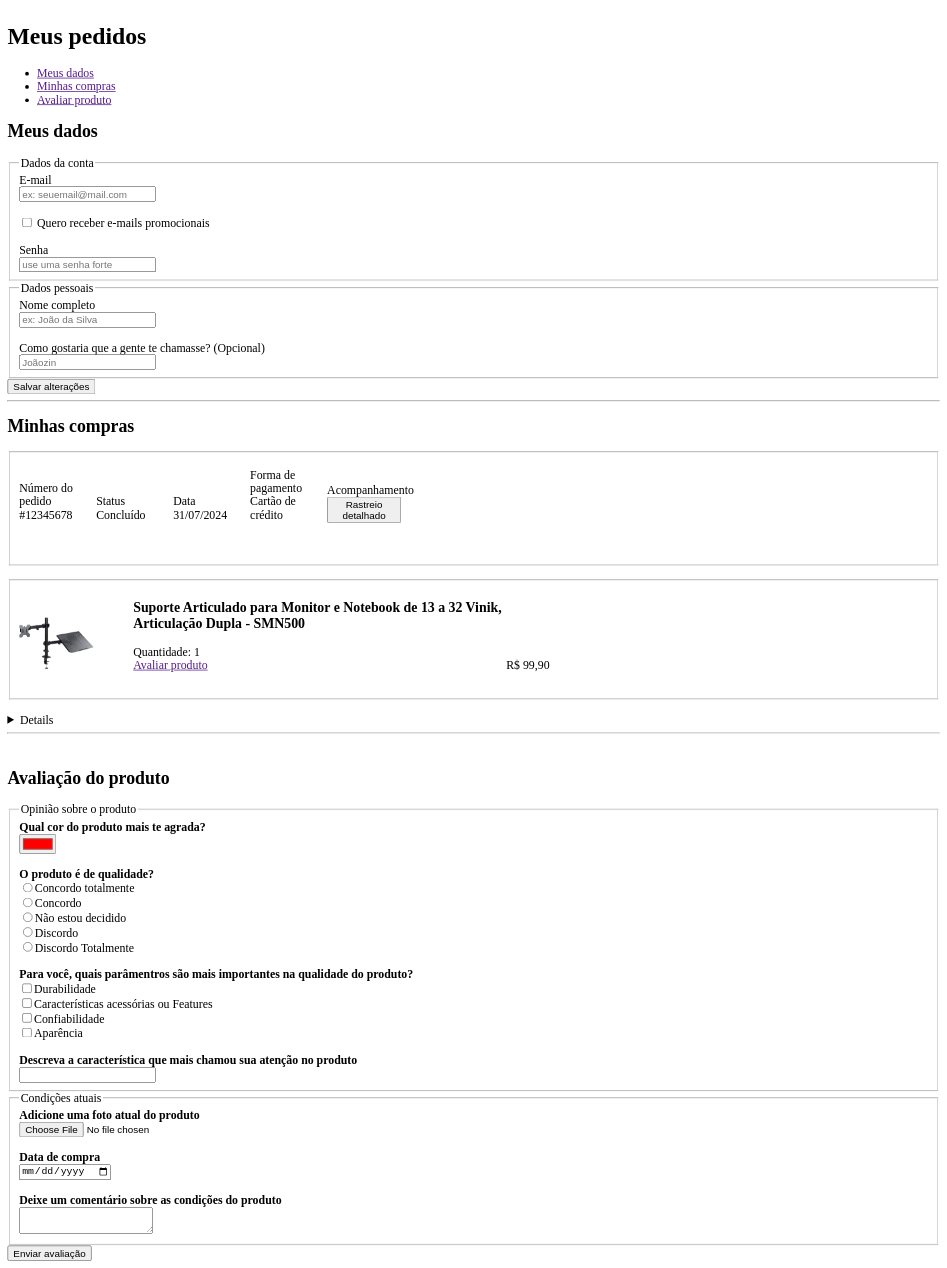
Repository: claudemir-camargo/site-compras
Page: index.html
These files come from the project's save history. The page is drawn as it stood at one moment and after the next save; the edit follows.
The browser window is 1280 px wide. The pictures show the whole page, at 74% of full size.

Above is the page before, as saved 2024-03-04 00:36:11.

After the next save:
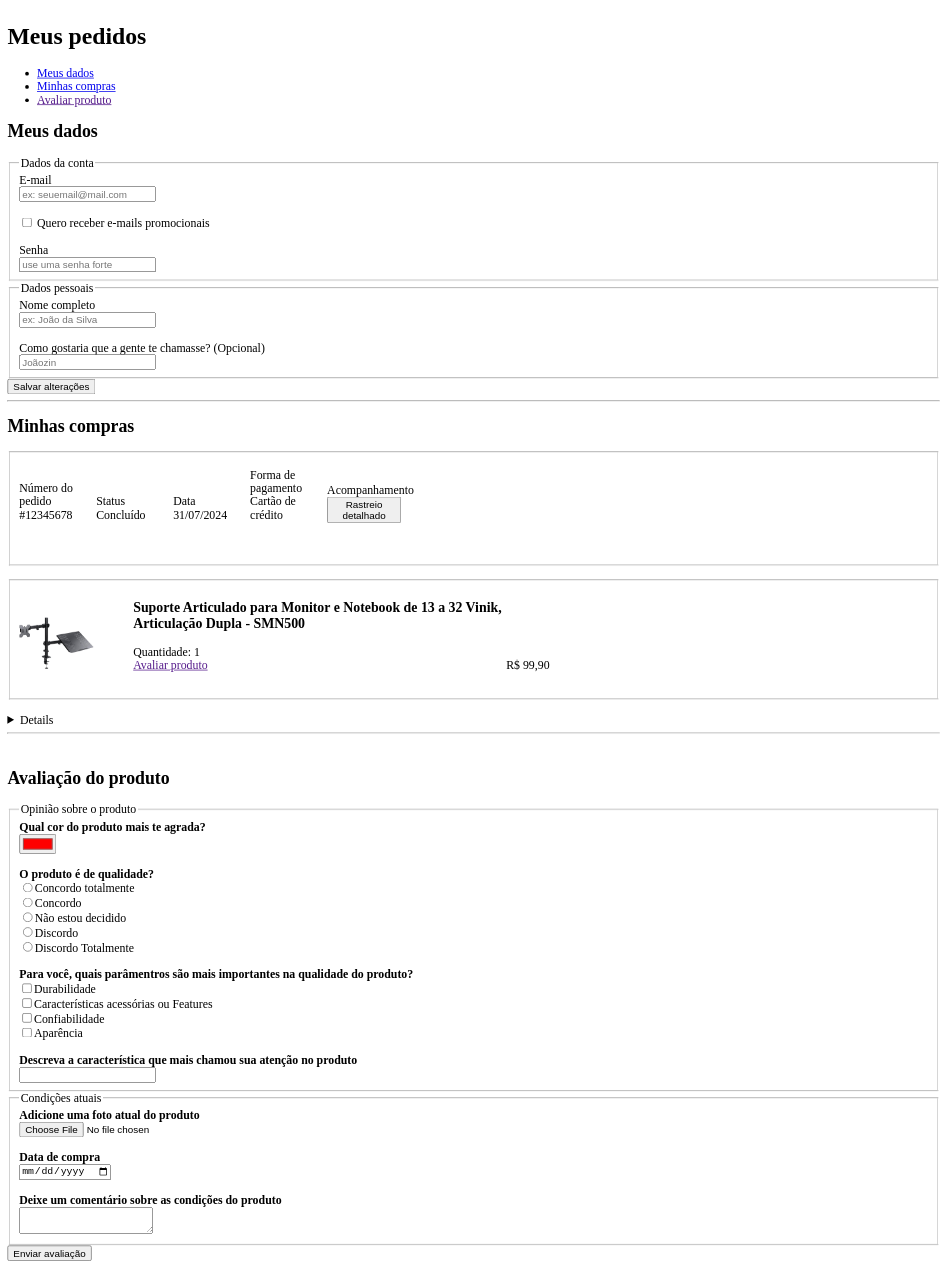
Saved 50 s later.
--- a/index.html
+++ b/index.html
@@ -11,8 +11,8 @@
 <body>
     <h1>Meus pedidos</h1>
     <ul>
-        <li><a href="">Meus dados</a></li>
-        <li><a href="">Minhas compras</a></li>
+        <li><a href="#meus-dados">Meus dados</a></li>
+        <li><a href="minhas-compras">Minhas compras</a></li>
         <li><a href="">Avaliar produto</a></li>
     </ul>
     <h2 id="meus-dados">Meus dados</h2>
@@ -41,7 +41,7 @@
     <button type="button">Salvar alterações</button>
     <hr>
     <!-- Minhas compras -->
-    <h2>Minhas compras</h2>
+    <h2 id="minhas-compras">Minhas compras</h2>
     <fieldset>
         <div id="div1">
             <p>Número do pedido<br>#12345678</p>
